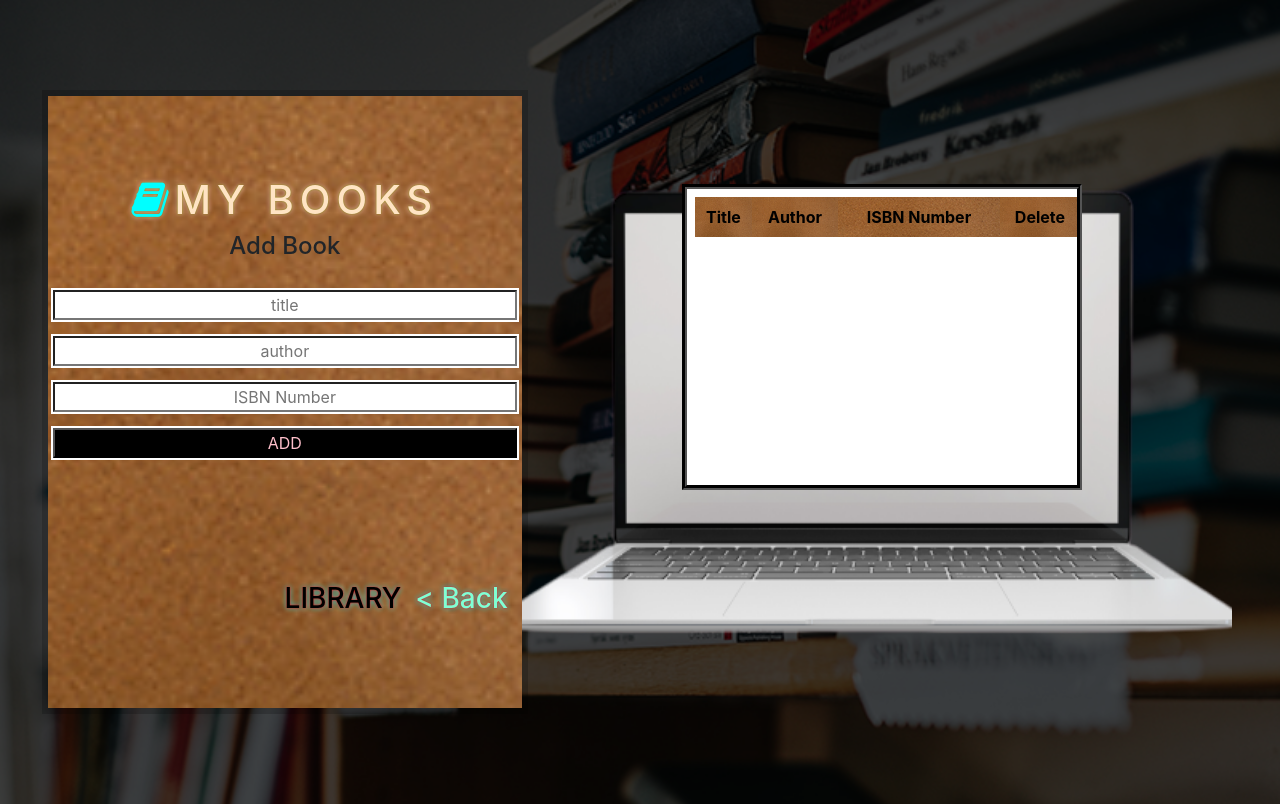
Repository: CSituma/Home-Library-App
Page: libu.html
The author's editor kept a copy of each file at every save. The page is drawn from the files as they stood at one save, then again after the next save.
The browser window is 1280 px wide. The pictures show the whole page.
Backgrounds fixed to the window are drawn as part of the page. Some web libraries are served in a nearby version.

Above is the page before, as saved 2020-11-10 21:35:12.

### libu.html
<!DOCTYPE html>
<html lang="en">
<head>
    <meta charset="UTF-8">
    <meta name="viewport" content="width=device-width, initial-scale=1.0">
    <meta http-equiv="X-UA-Compatible" content="ie=edge">
    <link rel="stylesheet" href="style.css">
    <link rel="stylesheet" href="https://cdnjs.cloudflare.com/ajax/libs/font-awesome/4.7.0/css/font-awesome.min.css"/>
<link rel="stylesheet" href="https://stackpath.bootstrapcdn.com/bootstrap/4.5.0/css/bootstrap.min.css" integrity="sha384-9aIt2nRpC12Uk9gS9baDl411NQApFmC26EwAOH8WgZl5MYYxFfc+NcPb1dKGj7Sk" crossorigin="anonymous"/>
<link rel="stylesheet" href="https://cdnjs.cloudflare.com/ajax/libs/animate.css/4.0.0/animate.min.css"/>
  <title>BOOK TRACKER</title>
</head>
<body>
    <div class="columns">
        <div class="js">

            <h1><i class="fa fa-book"></i>MY BOOKS</h1>
                        <h4>Add Book</h4>
            <form id="form">
                <input type= "text" id= "title"  placeholder="title">
                <input type= "text" id= "author" placeholder="author" >
                <input type= "text" id= "number" placeholder="ISBN Number">
                <input type= "submit"id= "button" value="ADD">
            </form>
        <h3> <a href= "./index.html"> < Back </a></h3>
        <h3 id="libur"> <a href= "#storage"> LIBRARY</a></h3>

        </div>
        <div class="storage" id="storage" >
              <div class="storage_items">
        <table id="table">
            <thead>
                <tr>
                <th id="title">Title</th>
                <th>Author</th>
                <th>ISBN Number</th>
                <th>Delete</th>
                </tr>
                </thead>
                <tbody class="Booklist" id="booklist">
                </tbody>
            </table>
            </div>
        </div>
</div>
    <script src="lib.js"></script>
 </body>
 </html>

### style.css
/*homepage//////////////*/
body,
html {
  max-width: 100%;
  margin: 0;
  padding: 0;
  max-height: 100%;
  background: url("./images/sandra-seitamaa-qkIWnKtGhg4-unsplash.jpg")
    center/cover no-repeat fixed;
}

.container {
  margin: 10em 20em 20em 20em;
  height: 400px;
  width: 40%;
  background-color: rgba(146, 116, 15, 0.445);
  text-align: center;
}

.lol {
  padding-top: 5em;
  font-weight: 800;
  font-style: italic;
}
span {
  color: yellow;
  font-weight: 400;
}
#lolone {
  color: ghostwhite;
}

h3 {
  padding-top: 4em;
  float: right;
  margin-right: 0.5em;
  font-weight: 900;
  font-size: 2rem;
  text-shadow: 0 0 3px #FF0000, 0 0 5px aqua;
}

h3 a {
  text-decoration: none;
 color: aquamarine;

}

h3 a:hover {
  text-decoration: none;
  color: burlywood;
}

#you {
  padding: 1rem;
  color: gold;
}

/*library////////////////*/
.columns {
  display: flex;
  justify-content: space-between;
  max-width: 100%;
  max-height: 100%;
  background: rgba(0, 0, 0, 0.692);

}
h1{
  letter-spacing: 6px;
  text-shadow: 0 0 3px olive, 0 0 5px pink;
  padding-top:2em;
  margin: 0;
  color: bisque;

}
table {
  background: black;
  width: 100%;
  margin:0.5em;
  margin-left:0.2em;
  text-align: center;
  color:white;

}


td{
  margin: 2em;
}
tr{
  border-left: white 5px solid;
  height: 40px;
}
th {
  color: black;
  background:url('./images/josephine-bredehoft-KsAo8ouBn8A-unsplash.jpg') center/cover no-repeat;
  outline: none;
}
tbody tr:nth-child(odd){
  background:white;
 color: olive;
}
tbody tr:nth-child(odd):hover {
  box-shadow: 0 0 0 2px white;

}
tbody tr:nth-child(even){
background:black;

}
tbody tr:nth-child(even):hover{
  box-shadow: 0 0 0 2px gray;
}

 .fa {
   color:aqua;
 }
 .fa:hover{
   font-size:1.3em;
 }
form {
  padding: 0.3em;
  margin-top: 1em;
}

form input {
  width: 100%;
  margin: 0.5em 0;
  -webkit-box-shadow: 0 0 0 2px white;
  box-shadow: 0 0 0 2px white;
}

:placeholder-shown {
  text-align: center;
}

#button {
  color: pink;
  background-color: black;
}

/*/////////////////////////////////*/
.storage_items {

  background-color: white;
  width:100%;
  max-height: 70%;
  margin-left: 8em;
  margin-top: 5em;
  margin-bottom: 2em;
  border: rgb(0, 0, 0) 5px solid;
  border-style: groove;
  padding-bottom: 15em;
  overflow: scroll;
  scroll-behavior: smooth;
  scrollbar-width: 2px;
}
.storage {
  background:url("./images/1463-removebg-preview.png") center/cover no-repeat;
  width: 60%;
  height: 85vh;
  margin: 6em 3em 6em 0;
  border-radius: 3px;

}
.js {
  -webkit-box-shadow: 0 0 0 6px rgba(0, 0, 0, 0.191);
  box-shadow: 0 0 0 6px rgba(0, 0, 0, 0.191);
  text-align: center;
  width: 40%;
  margin: 6em 0em 6em 3em;
  background: url("./images/josephine-bredehoft-KsAo8ouBn8A-unsplash.jpg")
    center/cover no-repeat;
}
#libur a{
 float: left;
 margin-left: 0;
  color:black;
}
@media screen and (max-width:1000px) {
  .storage{
    margin-right: 0;

    background: url("./images/719-removebg-preview.png") center/cover no-repeat;
  }
  .storage_items{
    margin:0;
    font-size: 13px;
   border: 10px solid black;
   border-radius: 45px;
   border-bottom-right-radius:5px;
   border-bottom-left-radius:5px;
   border-top-right-radius:15px;

   padding:0;
   padding-bottom: 15em;

}

.js{
  margin: 0;}


}

@media screen and (min-width:1000px) {

 .storage_items{
  max-height: 60%;
    background-color: white;
    width: 400px;
    height: 50%;
    margin-left: 10em;
    margin-top: 5.5em;

  }


 }

 @media screen and (max-width:800px)
 {
  .storage{
    background: url("./images/719-removebg-preview.png") center/cover no-repeat;
  }
  .storage_items{
    margin:0;
    font-size: 13px;
   border: 10px solid black;
   border-radius: 45px;
   border-bottom-right-radius:5px;
   border-bottom-left-radius:5px;
   border-top-right-radius:15px;
   padding:0;
   padding-bottom: 15em;

}
.columns{
  flex-direction: column;
}
.js{
  width:100%;
  padding: 0 5em;
 }

 }

### lib.js
// Book Class: Represents a Book
class Book {
  constructor(title, author, isbn) {
    this.title = title;
    this.author = author;
    this.isbn = isbn;
  }
}

// UI Class: Handle UI Tasks
class UI {
//display Books.//
static displayBooks () {
 const books = Store.getBooks();
 books.forEach(((book) =>
  UI.addBookToList(book)));
}


//addbooks
static addBookToList(book) {

const bookList = document.querySelector('#booklist');
const row = document.createElement('tr');

row.innerHTML= `<td>${book.title} </td>
               <td>${book.author}</td>
               <td>${book.isbn}</td>
              <td><i class="fa fa-trash-o"></i></td>`;

bookList.appendChild(row);

}


//deletebooks
static deleteBook(el){
 if(el.classList.contains('fa')){
   el.parentElement.parentElement.remove();
  }}

////show alert msg
static showAlert(message, className){
const div = document. createElement('div');
div.className = `alert alert-${className}`;
div.appendChild(document.createTextNode(message));
const button = document.getElementById('button');
const form = document.getElementById('form');


form.insertBefore(div, button);


//message vanishing//

setTimeout(() => {
  document.querySelector('.alert').remove();
}, 3000);

}

//clear fields//

static clearFields() {
  document.querySelector('#title').value = '';
  document.querySelector('#author').value = '';
  document.querySelector('#number').value = '';
}

}

///Events:
/* 1. Display Books */

document.addEventListener('DOMContentLoaded', UI.displayBooks);

/* 2. Add Books*/
document.querySelector("#form").addEventListener('submit',(e) =>
{
e.preventDefault();
///get form values//
const title = document.querySelector('#title').value;
const author = document.querySelector('#author').value;
const isbn = document.querySelector('#number').value;

  // Validate
 if(title ===''|| author===''|| isbn===''){
   UI.showAlert('Please fill in the Form', 'danger')
 }
else{
  //instantiate Book
  const book = new Book(title,author,isbn);

//////Adding
UI.addBookToList(book);

Store.addBook(book);

///Show Sucess Message
UI.showAlert('Added', 'success');
//Clearfields
UI.clearFields();


 }
}
);


/////3. Remove BOOK////
document.querySelector('#booklist').addEventListener('click', (e)=>{
e.preventDefault();
//deleting from UI

UI.deleteBook(e.target);
///deleting from Store
Store.removeBook(e.target.parentElement.previousElementSibling.textContent);
//Message
UI.showAlert('Book Deleted', 'danger');

}
);

///localStorage
class Store{
  static getBooks(){
    let books;
   if (localStorage.getItem('books') === null){
     books = [];
   }
   else {
     books = JSON.parse(localStorage.getItem('books'));
   }
   return books;
  }

  static addBook(book){
    const books= Store.getBooks();
    books.push(book);
   localStorage.setItem('books',JSON.stringify(books));
  }
  static removeBook(isbn) {
    const books = Store.getBooks();

    books.forEach((book, index) => {
      if(book.isbn === isbn) {
        books.splice(index, 1);
      }
    });
    localStorage.setItem('books', JSON.stringify(books));
  }
}

After the next save:
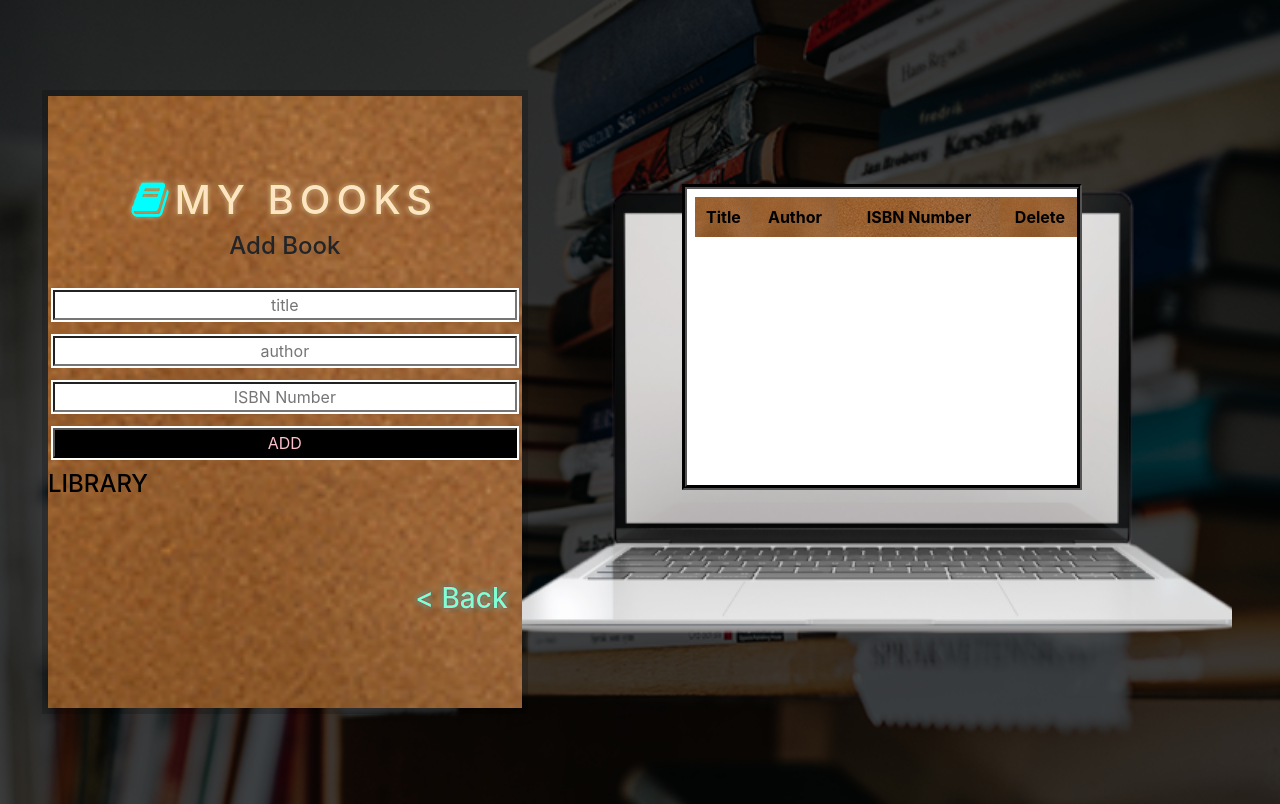
Saved 39 s later.
--- a/libu.html
+++ b/libu.html
@@ -23,7 +23,7 @@
                 <input type= "submit"id= "button" value="ADD">
             </form>
         <h3> <a href= "./index.html"> < Back </a></h3>
-        <h3 id="libur"> <a href= "#storage"> LIBRARY</a></h3>
+        <h4 id="libur"> <a href= "#storage"> LIBRARY</a></h4>
 
         </div>
         <div class="storage" id="storage" >
